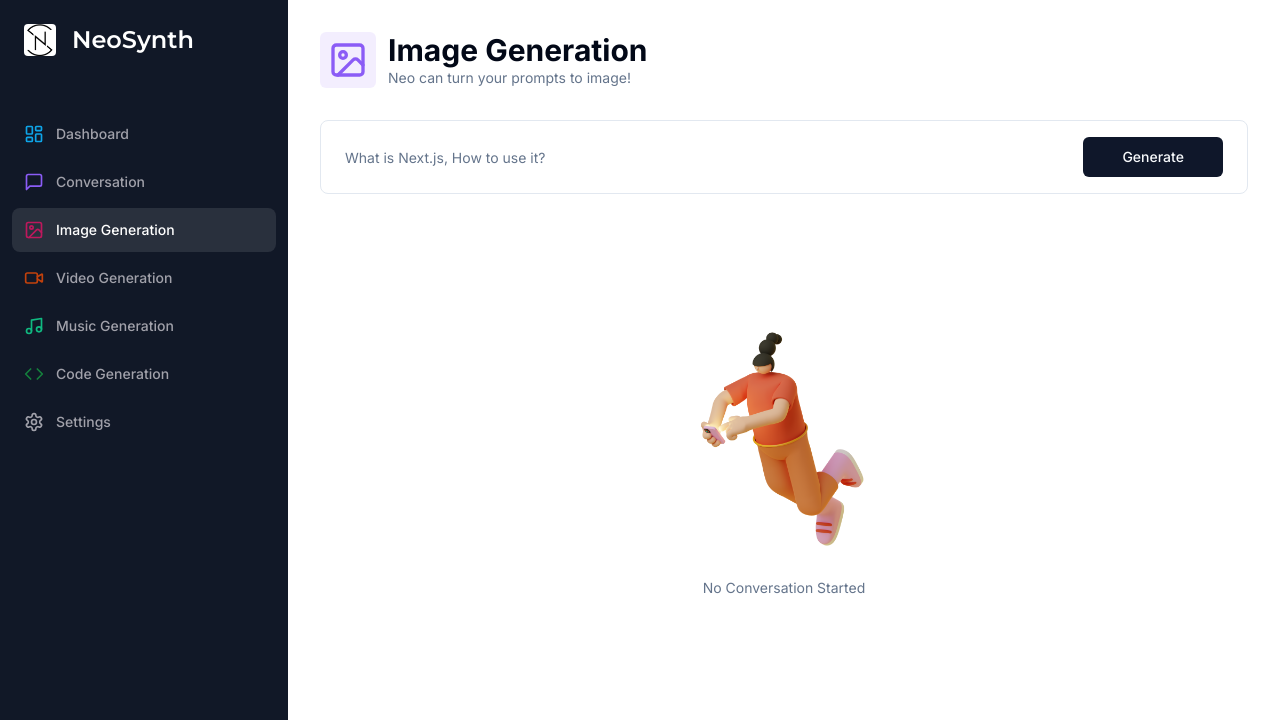
Repository: tathagat22/NeoSynth
Page: /image
An editor plug-in stored every save of this project. The page is shown before and after the next save, followed by the edit.
The browser window is 1280 px wide. The pictures show the whole page.
The page's requests for data from a server got no answer. The project was rebuilt for these pictures with package versions that can differ from the ones it lists, and the page was loaded fresh each time. Some packages were replaced by stand-ins written for this rebuild. The framework's server and built-in components were replaced by stand-ins that run in the browser. No one was signed in, and anything a server would have sent is missing. Also part of the build but not shown: next.config.js, components/ui/label.tsx, components/loader.tsx, components/ui/avatar.tsx, components/user-avatar.tsx, components/bot-avatar.tsx.

Above is the page before, as saved 2023-08-31 22:08:33.

After the next save:
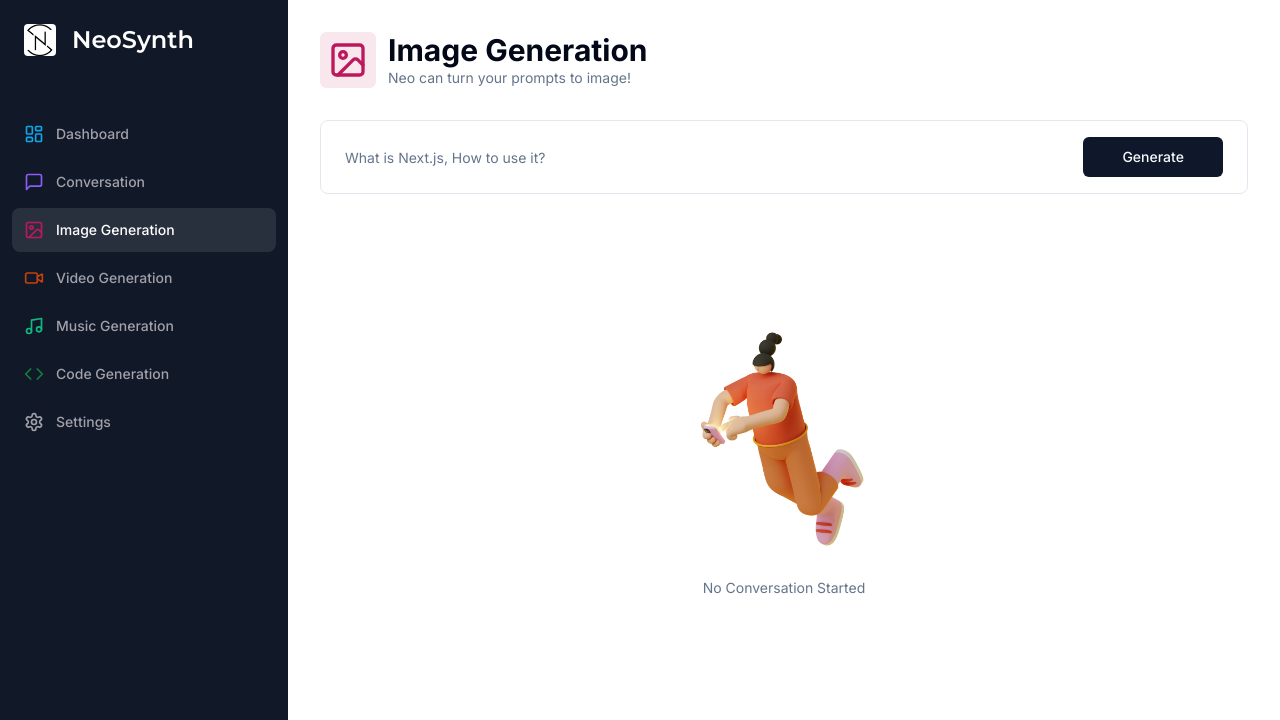
Saved 10 s later.
--- a/app/(dashboard)/(routes)/image/page.tsx
+++ b/app/(dashboard)/(routes)/image/page.tsx
@@ -58,8 +58,8 @@
         title="Image Generation"
         description="Neo can turn your prompts to image!"
         icon={ImageIcon}
-        iconColor="text-violet-500"
-        bgColor="bg-violet-500/10"
+        iconColor="text-pink-700"
+        bgColor="bg-pink-700/10"
       />
       <div className="px-4 lg:px-8">
         <div>
